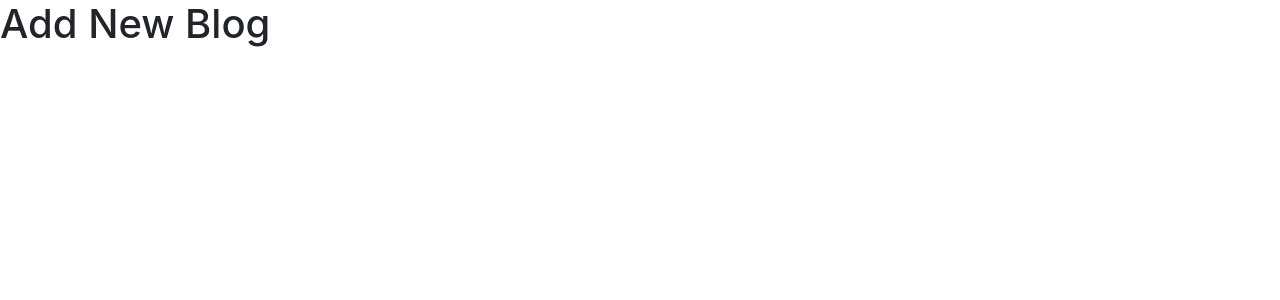
Repository: just-mann/just-blog
Page: http://localhost/add-blog
These files come from the project's save history. The page is drawn as it stood at one moment and after the next save; the edit follows.
The browser window is 1280 px wide. The pictures show the whole page.
The page is served by the project's Node server (index.js).

Above is the page before, as saved 2022-01-29 11:53:21.

### views/add-blog.ejs
<!doctype html>
<html lang="en">
  <head>
    <title>Add New Blog</title>
    <!-- Required meta tags -->
    <meta charset="utf-8">
    <meta name="viewport" content="width=device-width, initial-scale=1, shrink-to-fit=no">

    <!-- Bootstrap CSS -->
    <link rel="stylesheet" href="https://stackpath.bootstrapcdn.com/bootstrap/4.3.1/css/bootstrap.min.css" integrity="sha384-ggOyR0iXCbMQv3Xipma34MD+dH/1fQ784/j6cY/iJTQUOhcWr7x9JvoRxT2MZw1T" crossorigin="anonymous">
  </head>
  <body>
    <div>
       <h1>Add New Blog</h1>
    </div>

    <!-- Optional JavaScript -->
    <!-- jQuery first, then Popper.js, then Bootstrap JS -->
    <script src="https://code.jquery.com/jquery-3.3.1.slim.min.js" integrity="sha384-q8i/X+965DzO0rT7abK41JStQIAqVgRVzpbzo5smXKp4YfRvH+8abtTE1Pi6jizo" crossorigin="anonymous"></script>
    <script src="https://cdnjs.cloudflare.com/ajax/libs/popper.js/1.14.7/umd/popper.min.js" integrity="sha384-UO2eT0CpHqdSJQ6hJty5KVphtPhzWj9WO1clHTMGa3JDZwrnQq4sF86dIHNDz0W1" crossorigin="anonymous"></script>
    <script src="https://stackpath.bootstrapcdn.com/bootstrap/4.3.1/js/bootstrap.min.js" integrity="sha384-JjSmVgyd0p3pXB1rRibZUAYoIIy6OrQ6VrjIEaFf/nJGzIxFDsf4x0xIM+B07jRM" crossorigin="anonymous"></script>
  </body>
</html>

### index.js
const express = require('express');
const cors = require('cors');
const bodyParser = require('body-parser');


const app = express();

// BodyParser to tidy up the input from the form
app.use(bodyParser.urlencoded({ extended: true }));

// Setting the view engine
app.set('view engine', 'ejs');




// Get all the blogs from the database
app.get('/api/blogs', cors(), (req, res) => {
    res.send('Server is running.');
})

// Render the form that let's you add a new blog
app.get('/add-blog', (req, res) => {
    res.render('add-blog');
})


// Add new blog to the database
app.post('/add-new-blog', (req, res) => {

})







const PORT = process.env.PORT || 5000;
app.listen(PORT, () => console.log(`Server is running on port ${PORT}`))

After the next save:
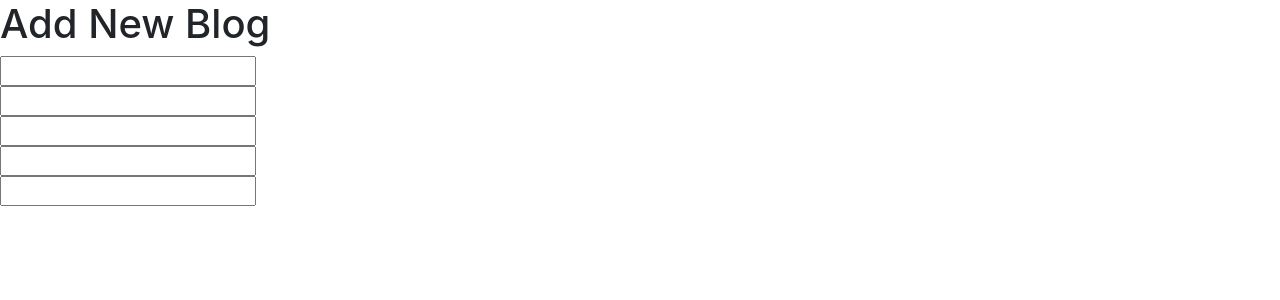
Saved 9 min 18 s later.
--- a/views/add-blog.ejs
+++ b/views/add-blog.ejs
@@ -11,7 +11,24 @@
   </head>
   <body>
     <div>
-       <h1>Add New Blog</h1>
+      <h1>Add New Blog</h1>
+      <form action="/add-new-blog" method="POST">
+        <div>
+          <input type="text" class="blog-title">
+        </div>
+        <div>
+          <input type="text" class="blog-title">
+        </div>
+        <div>
+          <input type="text" class="blog-title">
+        </div>
+        <div>
+          <input type="text" class="blog-title">
+        </div>
+        <div>
+          <input type="text" class="blog-title">
+        </div>
+      </form>
     </div>
 
     <!-- Optional JavaScript -->
